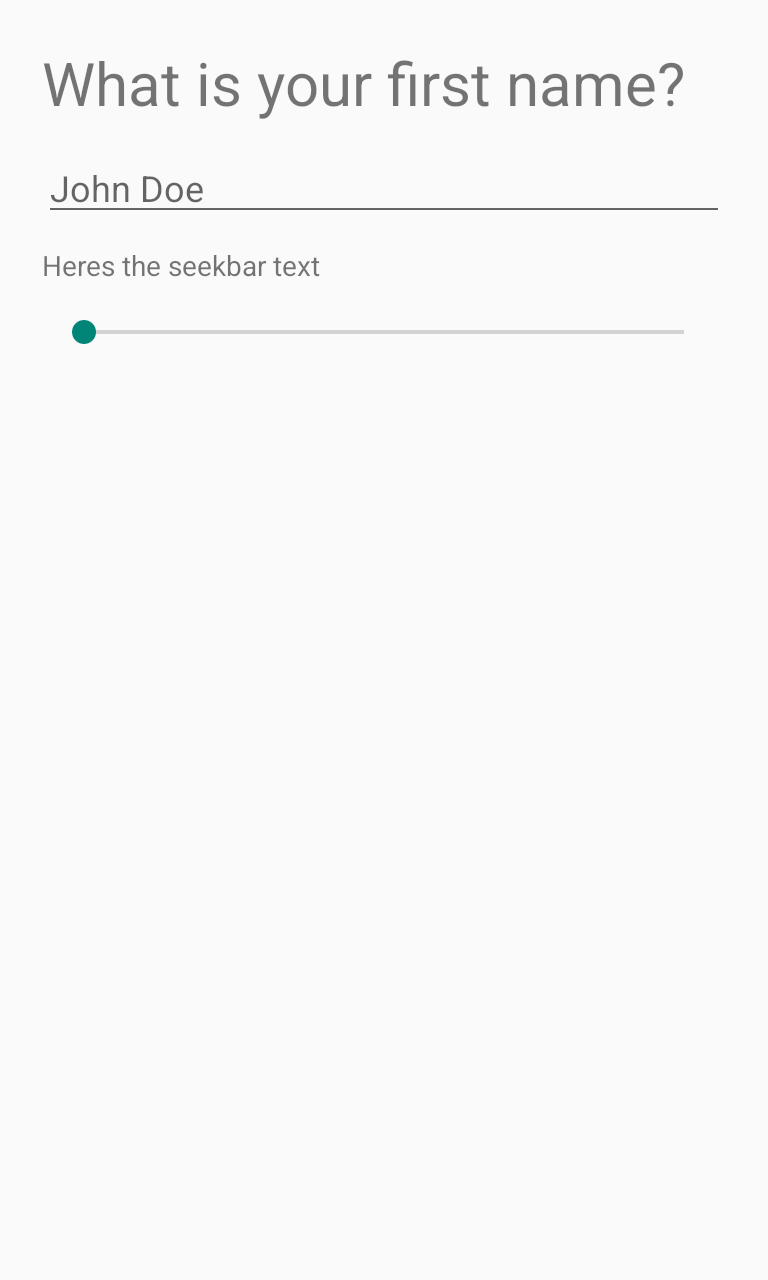
Repository: joshbarry/HackVT_2014
Layout: Android/HackVTKarma/res/layout/fragment_main.xml
These files come from the project's save history. The layout is drawn as it stood at one moment and after the next save; the edit follows.
It is drawn on a 768 x 1280 px phone screen (xhdpi) without system bars, with theme AppTheme; the app's code is not run.

Above is the layout before, as saved 2014-10-10 22:20:10.

After the next save:
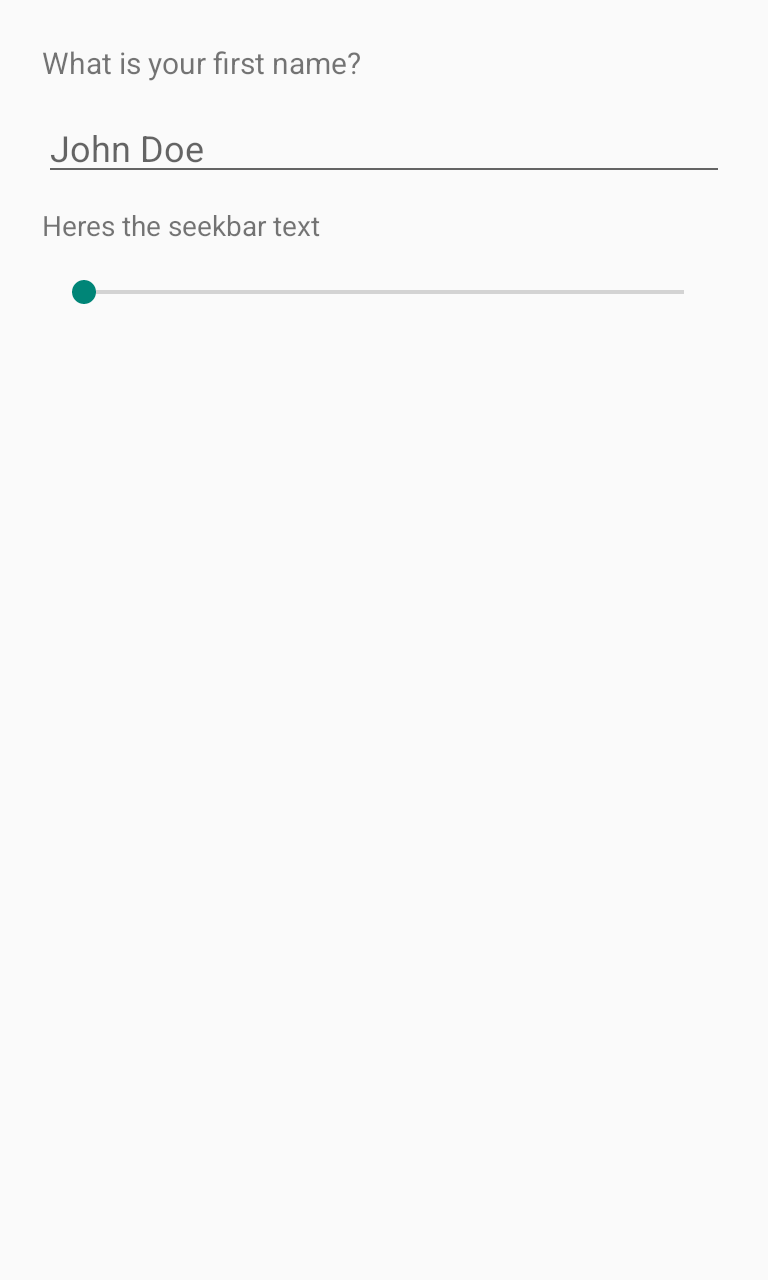
Saved 17 s later.
--- a/Android/HackVTKarma/res/layout/fragment_main.xml
+++ b/Android/HackVTKarma/res/layout/fragment_main.xml
@@ -11,7 +11,7 @@
 
     <TextView
         android:id="@+id/firstName"
-        android:textSize="30sp"
+        android:textSize="15sp"
         android:layout_margin="5dp"
         android:layout_width="wrap_content"
         android:layout_height="wrap_content"
